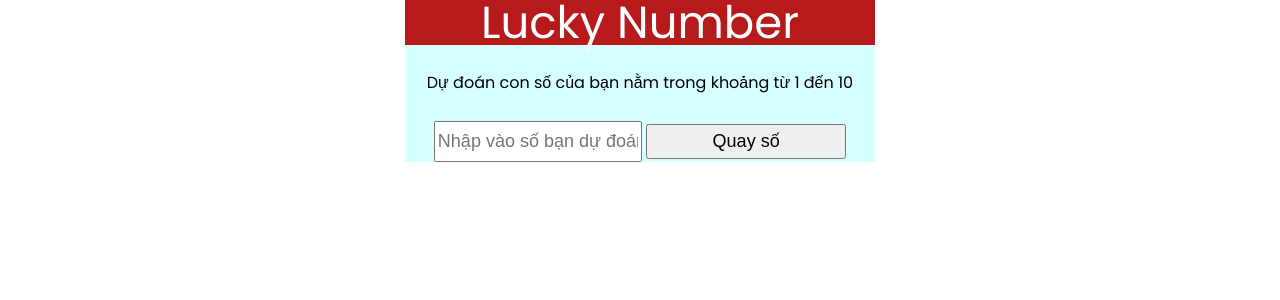
Repository: whis16720/PhuNguyen-C4EJS-D15
Page: index.html
The author's editor kept a copy of each file at every save. The page is drawn from the files as they stood at one save, then again after a run of saves.
The browser window is 1280 px wide. The pictures show the whole page.
The style sheet was rebuilt from its Sass, Less or Tailwind sources for each picture, by a compiler version that may differ from the author's.

Above is the page before, as saved 2020-09-22 19:48:08.

After the next 3 saves:
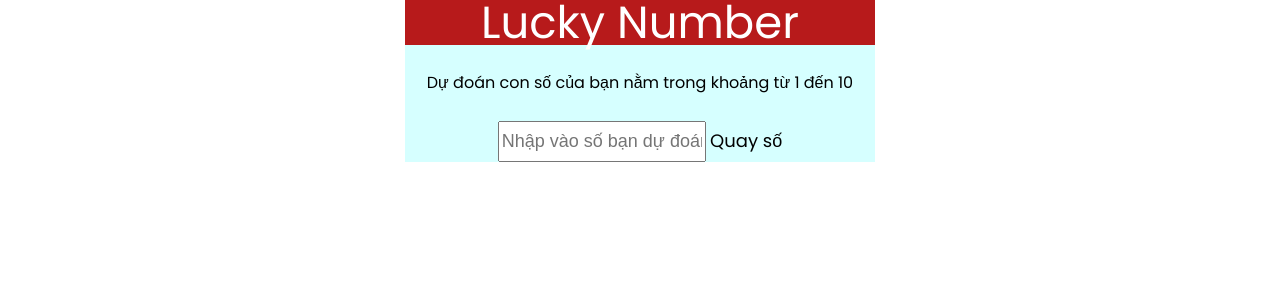
The 3 saves are shown as one change because they came seconds apart.
The last was saved 19 s later.
--- a/index.html
+++ b/index.html
@@ -15,7 +15,7 @@
 		<p class="game__details">Dự đoán con số của bạn nằm trong khoảng từ 1 đến 10</p>
 		<form class="game__play">
 			<input type="text" placeholder="Nhập vào số bạn dự đoán" class="game__input">
-			<button class="game__btn">Quay số</button>
+			<span class="game__btn">Quay số</span>
 		</form>
 
 	</div>
